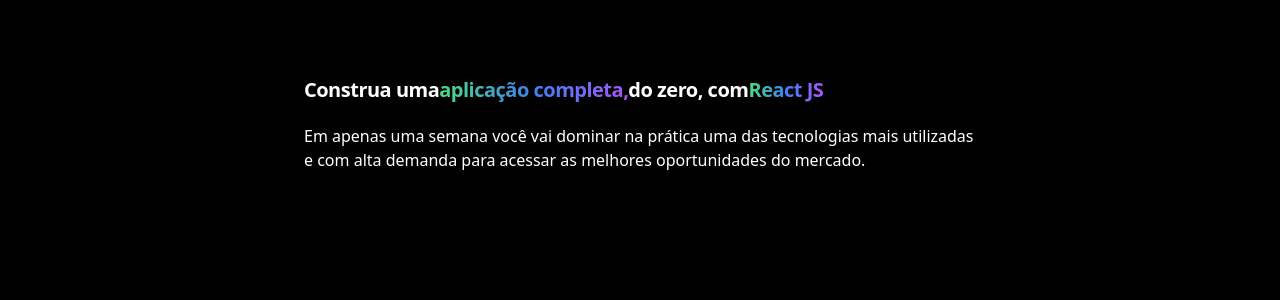
Repository: LuisSempre/Ignite-Lab---ReactJs-2022
Page: /
The author's editor kept a copy of each file at every save. The page is drawn from the files as they stood at one save, then again after the next save.
The browser window is 1280 px wide. The pictures show the whole page.
The project was rebuilt for these pictures with package versions that can differ from the ones it lists, and the page was loaded fresh each time. Also part of the build but not shown: vite.config.ts, components/Header.tsx, components/Lesson.tsx, components/Sidebar.tsx, pages/Event.tsx. Imported but missing from the stored project, and not drawn on this page: components/Video.

Above is the page before, as saved 2022-06-24 23:36:01.

After the next save:
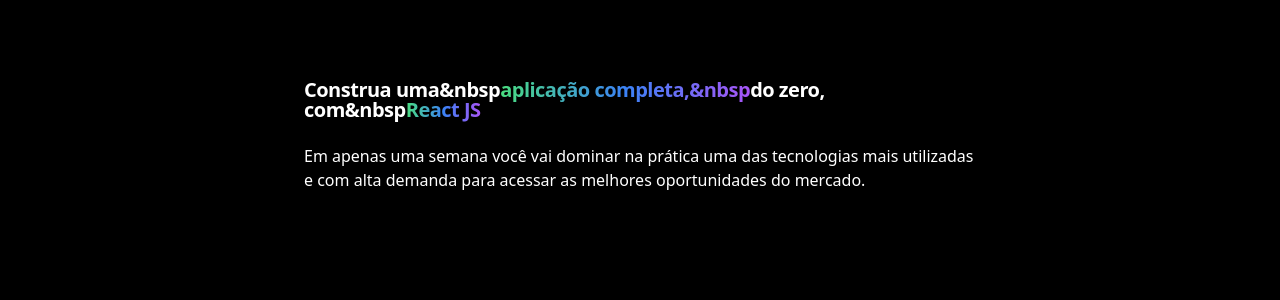
Saved 85 s later.
--- a/pages/Subscribe.tsx
+++ b/pages/Subscribe.tsx
@@ -5,11 +5,11 @@
             <div className="flex items-center justify-between max-w-6xl mx-auto mt-20">
                 <div className="max-w-2xl">
                     <h1 className="mb-6 text-xl font-extrabold leading-none tracking-normal md:tracking-tight">
-                        Construa uma
+                        Construa uma&nbsp
                          <span className="block w-full text-transparent bg-clip-text bg-gradient-to-r from-green-400 via-blue-500 to-purple-500 lg:inline">
-                            aplicação completa,
+                            aplicação completa,&nbsp
                         </span>
-                        do zero, com
+                        do zero, com&nbsp
                          <span className="block w-full text-transparent bg-clip-text bg-gradient-to-r from-green-400 via-blue-500 to-purple-500 lg:inline">
                              React JS
                         </span>
